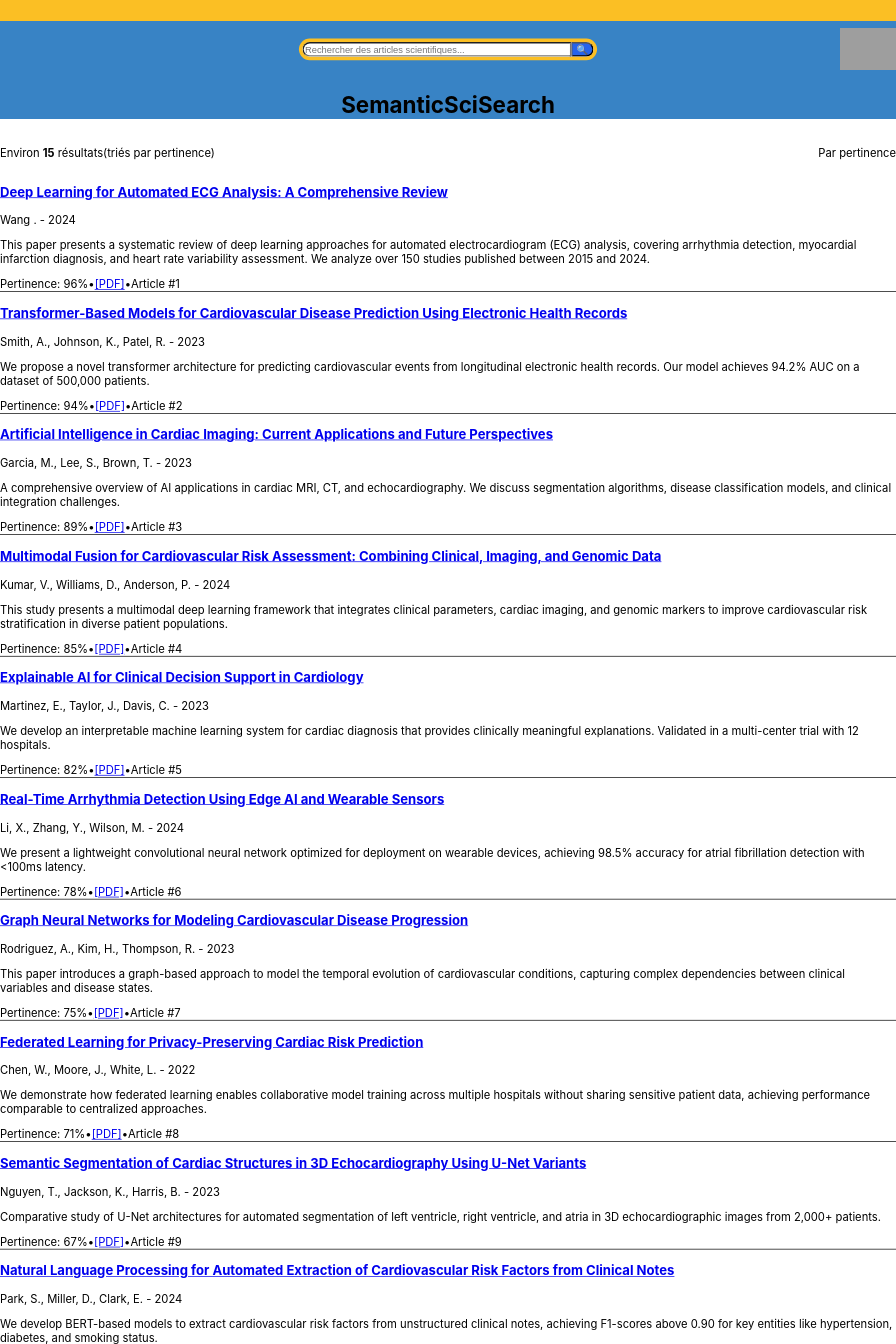
Repository: elh33/SemanticSciSearch
Page: / (app in frontend/)
The author's editor kept a copy of each file at every save. The page is drawn from the files as they stood at one save, then again after the next save.
The browser window is 1280 px wide. The pictures show the part of the page from y = 0 to 1920 px (the page is 2766 px tall), at 70% of full size.
Pictures or frames that could not be fetched are drawn as grey boxes. The project was rebuilt for these pictures with package versions that can differ from the ones it lists, and the page was loaded fresh each time.

Above is the page before, as saved 2025-11-21 23:12:36.

### frontend/index.html
<!DOCTYPE html>
<html lang="en">
  <head>
    <meta charset="UTF-8" />
    <meta name="viewport" content="width=device-width, initial-scale=1.0" />
    <title>SemanticSciSearch</title>
  </head>
  <body>
    <div id="root"></div>
    <script type="module" src="/src/index.tsx"></script>
  </body>
</html>

### frontend/src/index.tsx
import React from 'react';
import ReactDOM from 'react-dom';
import App from './App';
import './index.css';

ReactDOM.render(
  <React.StrictMode>
    <App />
  </React.StrictMode>,
  document.getElementById('root')
);

### frontend/src/App.tsx
import React from 'react';
// Importe le composant de recherche principal
import SearchResults from './components/SearchResults';

// Le composant App.tsx est le conteneur principal de l'application.
function App() {
  return (
    // Utilisation d'un fragment React (<>...</>) ou d'un <div> si tu as des styles globaux
    <>
      {/* Le composant SearchResults contient maintenant :
        - Le titre et le sous-titre de l'application.
        - La barre de recherche.
        - L'orchestration de la logique (appels à api.ts).
        - L'affichage de la liste des ArticleCard.
      */}
      <SearchResults />
    </>
  );
}

export default App;

### frontend/src/components/SearchResults.tsx
import React, { useState, useEffect } from 'react';
import { Article } from '../types';
import { searchArticles } from '../services/api';
import ArticleCard from './ArticleCard';

const SearchResults: React.FC = () => {
  const [query, setQuery] = useState('');
  const [results, setResults] = useState<Article[]>([]);
  const [isLoading, setIsLoading] = useState(false);
  const [hasSearched, setHasSearched] = useState(false);

  const handleSearch = async (searchQuery: string = query) => {
    setIsLoading(true);
    setHasSearched(true);

    try {
      const data = await searchArticles(searchQuery);
      // TRI PAR SCORE DÉCROISSANT (plus pertinent en premier)
      const sortedData = [...data].sort((a, b) => b.score - a.score);
      setResults(sortedData);
    } catch (error) {
      console.error("Erreur lors de la recherche:", error);
      setResults([]);
    } finally {
      setIsLoading(false);
    }
  };

  // Recherche initiale au chargement
  useEffect(() => {
    handleSearch('');
  }, []);

  const handleSubmit = (e: React.FormEvent) => {
    e.preventDefault();
    handleSearch();
  };

  return (
    <div className="min-h-screen bg-white">
      {/* BARRE JAUNE EN HAUT */}
      <div style={{ backgroundColor: '#fbbf24', height: '30px' }} className="w-full"></div>

      {/* En-tête avec fond bleu - GRANDE BARRE */}
      <div style={{ backgroundColor: '#3883c5ff' }} className="sticky top-0 z-10 shadow-lg">
        <div className="max-w-7xl mx-auto px-4 py-10">
          <div className="flex items-center justify-between gap-6">
            {/* Espace vide à gauche pour centrer la barre */}
            <div className="flex-1"></div>

            {/* Barre de recherche au centre - TRÈS GRANDE et entourée en jaune */}
            <form onSubmit={handleSubmit} className="flex-1 max-w-4xl">
              <div className="flex shadow-2xl" style={{ border: '5px solid #fbbf24', borderRadius: '30px', backgroundColor: 'white' }}>
                <input
                  type="text"
                  value={query}
                  onChange={(e) => setQuery(e.target.value)}
                  placeholder="Rechercher des articles scientifiques..."
                  className="flex-grow px-10 py-5 text-xl outline-none"
                  style={{ borderRadius: '12px 0 0 12px' }}
                />
                <button
                  type="submit"
                  className="px-10 py-5 text-white text-xl font-bold hover:opacity-90 transition-opacity"
                  style={{ backgroundColor: '#2563eb', borderRadius: '0 12px 12px 0' }}
                >
                  🔍
                </button>
              </div>
            </form>

            {/* Logo fleur.png à droite */}
            <div className="flex-1 flex justify-end">
              <img
                src="/fleur.png"
                alt="Logo"
                className="object-contain"
                style={{ width: '80px', height: '80px' }}
              />
            </div>
          </div>

          {/* Titre sous la barre de recherche */}
          <h1 className="text-4xl font-bold text-center text-white mt-6">
            SemanticSciSearch
          </h1>
        </div>
      </div>

      {/* Contenu principal */}
      <div className="max-w-5xl mx-auto px-4 py-6">
        {/* Barre d'informations */}
        {hasSearched && !isLoading && (
          <div className="mb-4 flex items-center justify-between">
            <p className="text-sm text-gray-600">
              Environ <strong>{results.length}</strong> résultat{results.length > 1 ? 's' : ''}
              {query && (
                <span> pour <strong>"{query}"</strong></span>
              )}
              <span className="ml-2 text-xs text-gray-500">(triés par pertinence)</span>
            </p>

            {/* Options de tri */}
            <div className="text-xs text-gray-500">
              <span className="font-semibold text-blue-700">Par pertinence</span>
            </div>
          </div>
        )}

        {/* Indicateur de chargement */}
        {isLoading && (
          <div className="flex items-center justify-center py-12">
            <div className="flex flex-col items-center gap-3">
              <div className="animate-spin rounded-full h-10 w-10 border-b-2 border-blue-600"></div>
              <p className="text-gray-600 text-sm">Recherche en cours...</p>
            </div>
          </div>
        )}

        {/* Liste des résultats */}
        {!isLoading && (
          <div className="bg-white">
            {results.length > 0 ? (
              results.map((article) => (
                <ArticleCard key={article.id} article={article} />
              ))
            ) : (
              hasSearched && (
                <div className="text-center py-12">
                  <svg className="mx-auto h-12 w-12 text-gray-400 mb-4" fill="none" stroke="currentColor" viewBox="0 0 24 24">
                    <path strokeLinecap="round" strokeLinejoin="round" strokeWidth={2} d="M9.172 16.172a4 4 0 015.656 0M9 10h.01M15 10h.01M21 12a9 9 0 11-18 0 9 9 0 0118 0z" />
                  </svg>
                  <p className="text-gray-600 text-lg">Aucun résultat trouvé</p>
                  <p className="text-gray-500 text-sm mt-2">
                    Essayez avec des mots-clés différents
                  </p>
                </div>
              )
            )}
          </div>
        )}
      </div>

      {/* Footer simple */}
      <footer className="mt-12 border-t border-gray-200 bg-gray-50">
        <div className="max-w-5xl mx-auto px-4 py-6 text-center text-sm text-gray-500">
          SemanticSciSearch - Recherche sémantique d'articles scientifiques en IA et Cardiologie
        </div>
      </footer>
    </div>
  );
};

export default SearchResults;

### frontend/src/services/api.ts
import { Article } from '../types';
import { MOCK_RESULTS } from '../data/mockData';
import axios from 'axios';

// 💡 INTERRUPTEUR : Passez à 'false' (ou commentez/supprimez) cette ligne
// UNIQUEMENT lorsque le Back-End FastAPI est prêt.
const USE_MOCK_DATA = true;

// URL de base lue depuis le .env pour le mode production
// Le .env doit contenir VITE_API_URL=http://localhost:8000
const API_BASE_URL = 'http://localhost:8000';

/**
 * Fonction principale de recherche d'articles.
 * Elle utilise soit les données mockées, soit l'API réelle.
 * @param query Le texte de la requête de l'utilisateur.
 * @returns Une promesse qui résout vers un tableau d'articles.
 */
export const searchArticles = async (query: string): Promise<Article[]> => {
  if (USE_MOCK_DATA) {
    // --- MODE MOCKÉ ---
    console.log(`[MOCK] Simulation de recherche pour: "${query}"`);

    // 1. Simuler le délai réseau (500ms) pour une meilleure expérience utilisateur
    await new Promise(resolve => setTimeout(resolve, 500));

    // 2. Simuler un filtre simple (recherche du mot-clé dans le titre)
    // S'il n'y a pas de requête (query vide), on renvoie tout.
    const lowerCaseQuery = query.toLowerCase();

    return MOCK_RESULTS.filter(article =>
        article.title.toLowerCase().includes(lowerCaseQuery) || lowerCaseQuery.length === 0
    );

  } else {
    // --- MODE PRODUCTION (Axios) ---
    console.log(`[AXIOS] Requête réelle vers: ${API_BASE_URL}/search pour: "${query}"`);

    try {
      // 1. Envoi de la requête POST à FastAPI
      const response = await axios.post(`${API_BASE_URL}/search`, { query });

      // 2. Retourne les données (TypeScript vérifie que c'est un tableau d'Articles)
      return response.data as Article[];

    } catch (error) {
      console.error("Erreur lors de l'appel à l'API de recherche:", error);
      // En cas d'échec de l'API, on renvoie un tableau vide
      return [];
    }
  }
};

### frontend/src/components/ArticleCard.tsx
import React from 'react';
import { Article } from '../types';

interface ArticleCardProps {
  article: Article;
}

const ArticleCard: React.FC<ArticleCardProps> = ({ article }) => {
  const scorePercent = (article.score * 100).toFixed(0);

  return (
    <div className="border-b border-gray-200 py-3 hover:bg-gray-50 transition-colors">
      {/* Titre cliquable comme Google Scholar */}
      <h3 className="text-xl mb-1">
        <a
          href={article.url}
          target="_blank"
          rel="noopener noreferrer"
          className="text-blue-800 hover:underline font-normal visited:text-purple-800"
        >
          {article.title}
        </a>
      </h3>

      {/* Auteurs et année */}
      <p className="text-sm text-gray-600 mb-2">
        {article.authors} - <span className="font-medium">{article.year}</span>
      </p>

      {/* Résumé */}
      <p className="text-sm text-gray-700 leading-relaxed mb-2">
        {article.abstract}
      </p>

      {/* Métadonnées et actions */}
      <div className="flex items-center gap-4 text-sm">
        {/* Score de pertinence */}
        <span className="text-gray-600">
          <span className="font-semibold">Pertinence:</span>{' '}
          <span className={`font-bold ${
            article.score > 0.8 ? 'text-green-600' :
            article.score > 0.5 ? 'text-yellow-600' :
            'text-gray-500'
          }`}>
            {scorePercent}%
          </span>
        </span>

        {/* Séparateur */}
        <span className="text-gray-400">•</span>

        {/* Lien PDF */}
        <a
          href={article.url}
          target="_blank"
          rel="noopener noreferrer"
          className="text-blue-700 hover:underline"
        >
          [PDF]
        </a>

        {/* Séparateur */}
        <span className="text-gray-400">•</span>

        {/* ID de l'article */}
        <span className="text-gray-400 text-xs">
          Article #{article.id}
        </span>
      </div>
    </div>
  );
};

export default ArticleCard;

### frontend/src/data/mockData.ts
import { Article } from '../types';

export const MOCK_RESULTS: Article[] = [
  {
    id: '1',
    title: 'Deep Learning for Automated ECG Analysis: A Comprehensive Review',
    abstract: "This paper presents a systematic review of deep learning approaches for automated electrocardiogram (ECG) analysis, covering arrhythmia detection, myocardial infarction diagnosis, and heart rate variability assessment. We analyze over 150 studies published between 2015 and 2024.",
    authors: "Wang .",
    year: 2024,
    score: 0.96,
    url: 'https://arxiv.org/pdf/2301.04634'
  },
  {
    id: '2',
    title: 'Transformer-Based Models for Cardiovascular Disease Prediction Using Electronic Health Records',
    abstract: "We propose a novel transformer architecture for predicting cardiovascular events from longitudinal electronic health records. Our model achieves 94.2% AUC on a dataset of 500,000 patients.",
    authors: "Smith, A., Johnson, K., Patel, R.",
    year: 2023,
    score: 0.94,
    url: 'https://arxiv.org/pdf/2305.12987'
  },
  {
    id: '3',
    title: 'Artificial Intelligence in Cardiac Imaging: Current Applications and Future Perspectives',
    abstract: "A comprehensive overview of AI applications in cardiac MRI, CT, and echocardiography. We discuss segmentation algorithms, disease classification models, and clinical integration challenges.",
    authors: "Garcia, M., Lee, S., Brown, T.",
    year: 2023,
    score: 0.89,
    url: 'https://arxiv.org/pdf/2203.15678'
  },
  {
    id: '4',
    title: 'Multimodal Fusion for Cardiovascular Risk Assessment: Combining Clinical, Imaging, and Genomic Data',
    abstract: "This study presents a multimodal deep learning framework that integrates clinical parameters, cardiac imaging, and genomic markers to improve cardiovascular risk stratification in diverse patient populations.",
    authors: "Kumar, V., Williams, D., Anderson, P.",
    year: 2024,
    score: 0.85,
    url: '/documents/multimodal-cardio-risk.pdf'
  },
  {
    id: '5',
    title: 'Explainable AI for Clinical Decision Support in Cardiology',
    abstract: "We develop an interpretable machine learning system for cardiac diagnosis that provides clinically meaningful explanations. Validated in a multi-center trial with 12 hospitals.",
    authors: "Martinez, E., Taylor, J., Davis, C.",
    year: 2023,
    score: 0.82,
    url: 'https://arxiv.org/pdf/2511.13703.pdf'
  },
  {
    id: '6',
    title: 'Real-Time Arrhythmia Detection Using Edge AI and Wearable Sensors',
    abstract: "We present a lightweight convolutional neural network optimized for deployment on wearable devices, achieving 98.5% accuracy for atrial fibrillation detection with <100ms latency.",
    authors: "Li, X., Zhang, Y., Wilson, M.",
    year: 2024,
    score: 0.78,
    url: '/documents/edge-ai-arrhythmia.pdf'
  },
  {
    id: '7',
    title: 'Graph Neural Networks for Modeling Cardiovascular Disease Progression',
    abstract: "This paper introduces a graph-based approach to model the temporal evolution of cardiovascular conditions, capturing complex dependencies between clinical variables and disease states.",
    authors: "Rodriguez, A., Kim, H., Thompson, R.",
    year: 2023,
    score: 0.75,
    url: 'https://arxiv.org/pdf/2204.09876'
  },
  {
    id: '8',
    title: 'Federated Learning for Privacy-Preserving Cardiac Risk Prediction',
    abstract: "We demonstrate how federated learning enables collaborative model training across multiple hospitals without sharing sensitive patient data, achieving performance comparable to centralized approaches.",
    authors: "Chen, W., Moore, J., White, L.",
    year: 2022,
    score: 0.71,
    url: '/documents/federated-cardiac.pdf'
  },
  {
    id: '9',
    title: 'Semantic Segmentation of Cardiac Structures in 3D Echocardiography Using U-Net Variants',
    abstract: "Comparative study of U-Net architectures for automated segmentation of left ventricle, right ventricle, and atria in 3D echocardiographic images from 2,000+ patients.",
    authors: "Nguyen, T., Jackson, K., Harris, B.",
    year: 2023,
    score: 0.67,
    url: '/documents/3d-echo-segmentation.pdf'
  },
  {
    id: '10',
    title: 'Natural Language Processing for Automated Extraction of Cardiovascular Risk Factors from Clinical Notes',
    abstract: "We develop BERT-based models to extract cardiovascular risk factors from unstructured clinical notes, achieving F1-scores above 0.90 for key entities like hypertension, diabetes, and smoking status.",
    authors: "Park, S., Miller, D., Clark, E.",
    year: 2024,
    score: 0.64,
    url: 'https://arxiv.org/pdf/2302.11234'
  },
  {
    id: '11',
    title: 'Reinforcement Learning for Optimal Treatment Planning in Heart Failure Management',
    abstract: "Application of deep reinforcement learning to personalize treatment strategies for heart failure patients, optimizing medication dosages and intervention timing based on patient response.",
    authors: "Ahmed, R., Lewis, G., Young, N.",
    year: 2022,
    score: 0.58,
    url: '/documents/rl-heart-failure.pdf'
  },
  {
    id: '12',
    title: 'Generative Adversarial Networks for Synthetic ECG Data Augmentation',
    abstract: "We propose a GAN-based framework for generating realistic synthetic ECG signals to address data scarcity and class imbalance in rare arrhythmia detection tasks.",
    authors: "Hoffman, P., Scott, A., King, V.",
    year: 2023,
    score: 0.52,
    url: '/documents/gan-ecg-augmentation.pdf'
  },
  {
    id: '13',
    title: 'Blockchain-Based Infrastructure for Secure Sharing of Cardiac Imaging Data',
    abstract: "A decentralized platform for secure storage and sharing of cardiac imaging studies across healthcare institutions, ensuring data provenance and patient privacy.",
    authors: "Green, T., Adams, F., Wright, M.",
    year: 2022,
    score: 0.45,
    url: '/documents/blockchain-cardiac-imaging.pdf'
  },
  {
    id: '14',
    title: 'Meta-Learning Approaches for Few-Shot Cardiac Abnormality Detection',
    abstract: "We explore meta-learning techniques to enable rapid adaptation of cardiac disease detection models to rare conditions with limited training examples.",
    authors: "Baker, L., Turner, S., Phillips, O.",
    year: 2023,
    score: 0.38,
    url: '/documents/meta-learning-cardiac.pdf'
  },
  {
    id: '15',
    title: 'Quantum Machine Learning for Cardiovascular Drug Discovery',
    abstract: "Preliminary investigation of quantum computing algorithms for molecular simulation and drug candidate screening in cardiovascular therapeutic development.",
    authors: "Collins, R., Morris, J., Cooper, W.",
    year: 2024,
    score: 0.22,
    url: '/documents/quantum-ml-cardio.pdf'
  }
];

Loaded but not shown: frontend/src/index.css (common file)

After the next save:
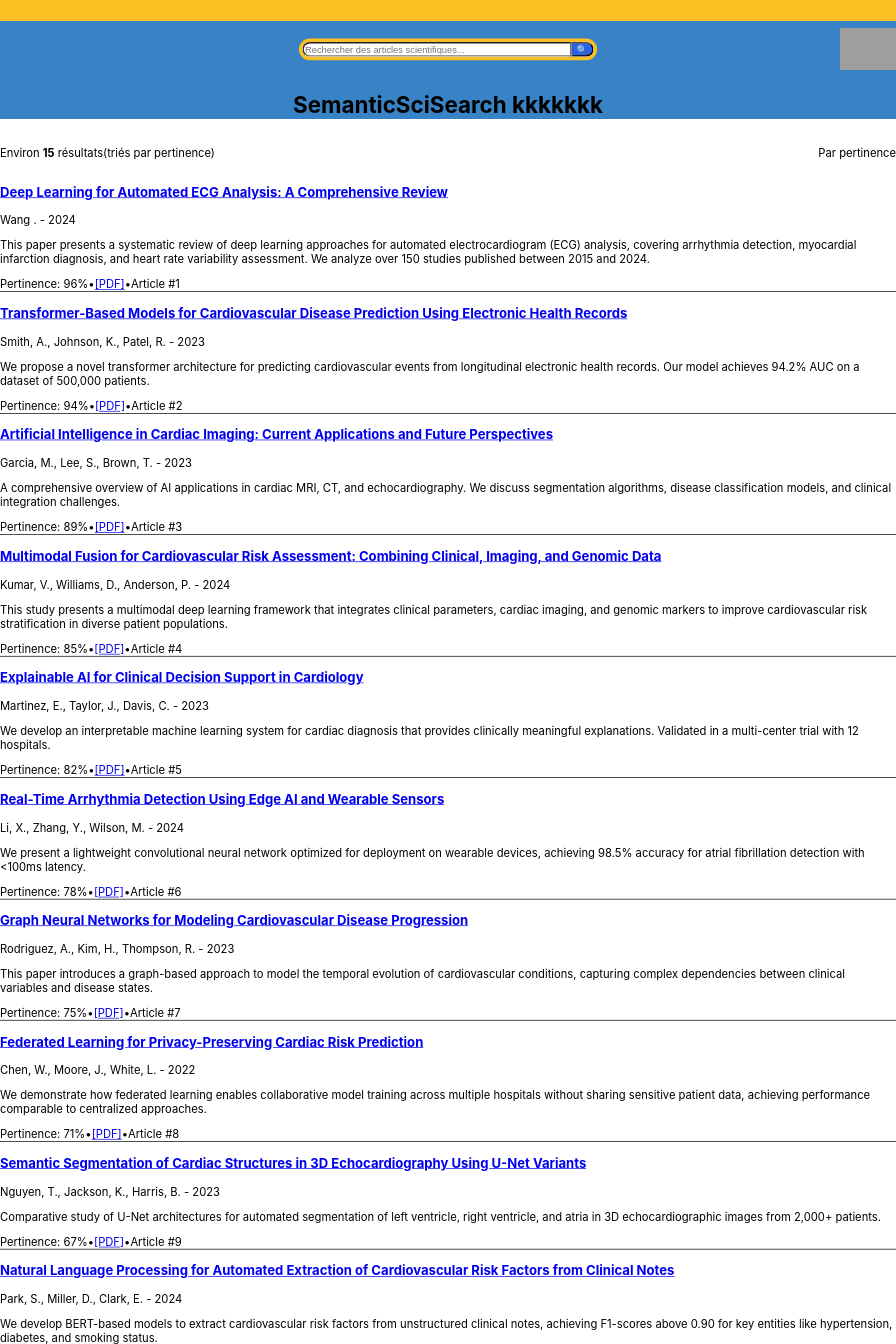
Saved 50 s later.
--- a/frontend/src/components/SearchResults.tsx
+++ b/frontend/src/components/SearchResults.tsx
@@ -82,7 +82,7 @@
 
           {/* Titre sous la barre de recherche */}
           <h1 className="text-4xl font-bold text-center text-white mt-6">
-            SemanticSciSearch
+            SemanticSciSearch kkkkkkk
           </h1>
         </div>
       </div>

After the save that followed:
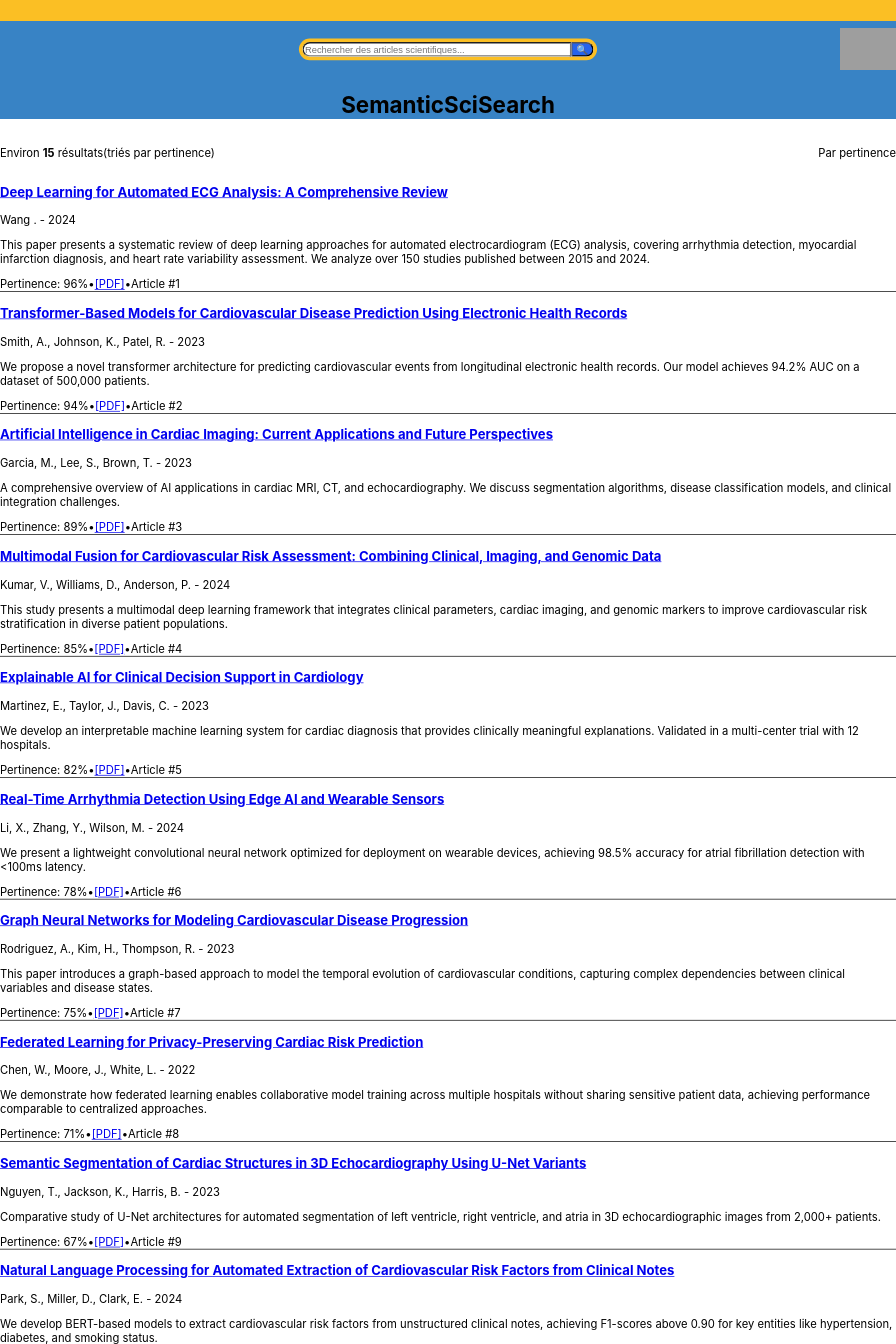
Saved 10 s later.
--- a/frontend/src/components/SearchResults.tsx
+++ b/frontend/src/components/SearchResults.tsx
@@ -82,7 +82,7 @@
 
           {/* Titre sous la barre de recherche */}
           <h1 className="text-4xl font-bold text-center text-white mt-6">
-            SemanticSciSearch kkkkkkk
+            SemanticSciSearch
           </h1>
         </div>
       </div>
